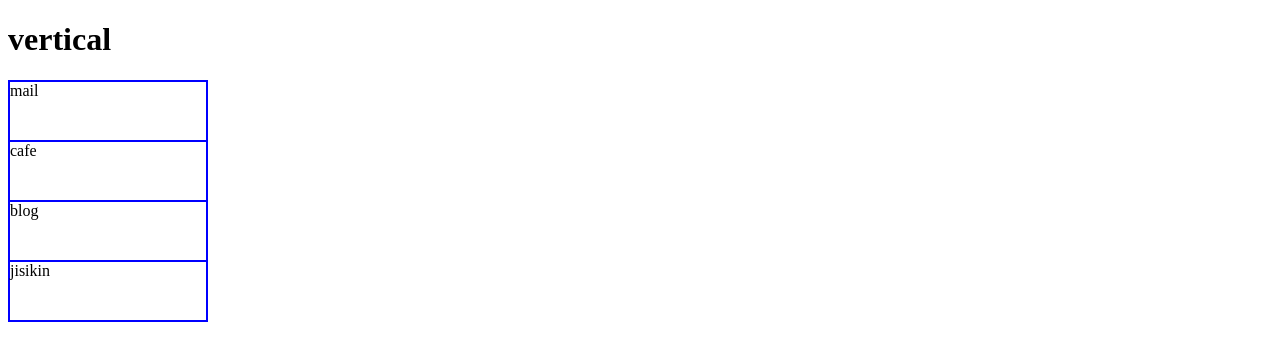
Repository: keeka2/webPractice
Page: MyStudy/HTML_Study/work/web/WebContent/verticlemenu.html
These files come from the project's save history. The page is drawn as it stood at one moment and after the next save; the edit follows.
The browser window is 1280 px wide. The pictures show the whole page.

Above is the page before, as saved 2020-08-24 02:05:03.

After the next save:
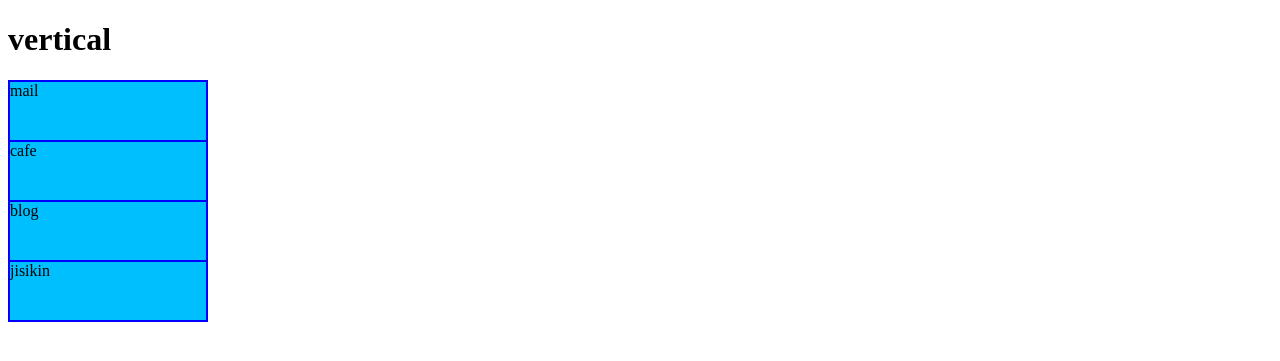
Saved 5 min 7 s later.
--- a/MyStudy/HTML_Study/work/web/WebContent/verticlemenu.html
+++ b/MyStudy/HTML_Study/work/web/WebContent/verticlemenu.html
@@ -12,9 +12,14 @@
 	margins:0;
 	}
 	#v_menu>li{
+	/*선 크기 잘 생각하셈*/
 	border: 2px solid blue;
 	border-top: none;
 	height: 58px;
+
+	width: 196px;
+	test-align: center;
+	background-color: #00bfff;
 	}
 </style>
 </head>
